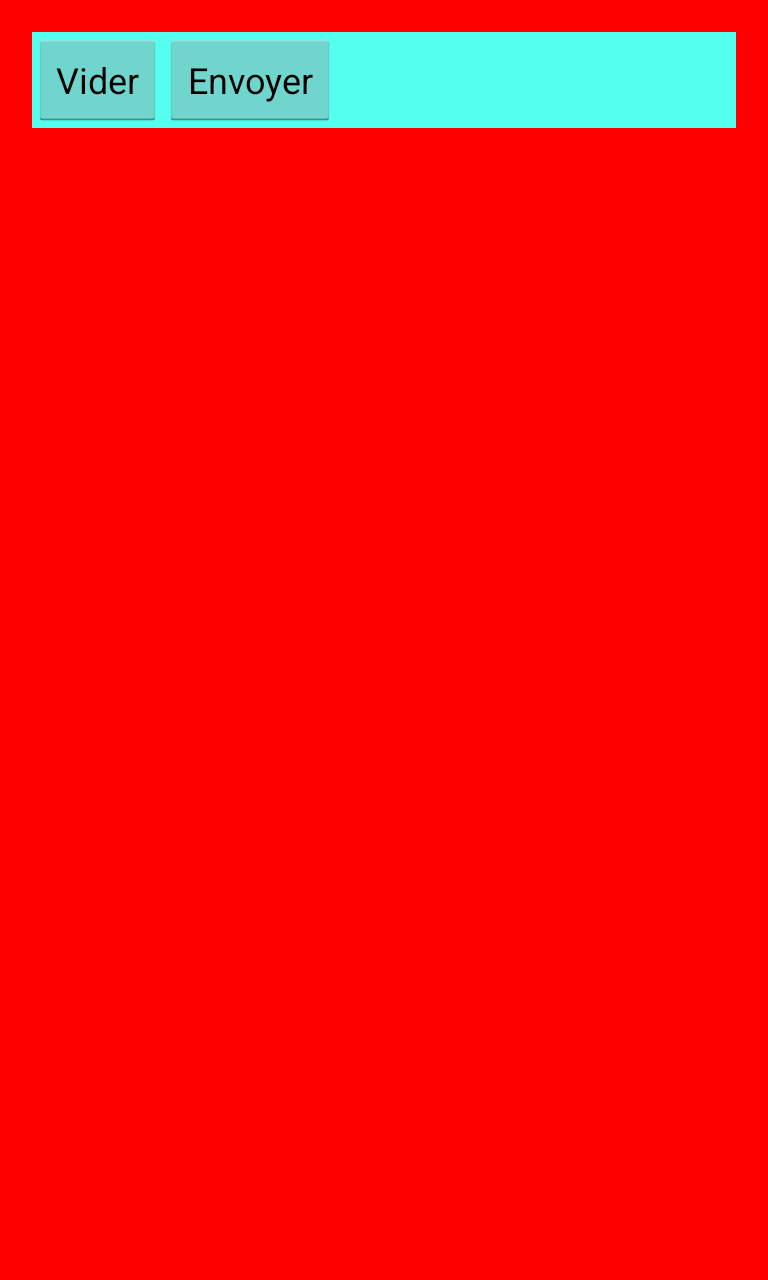
Repository: ablanchard/formation-android
Layout: ParlezVousAndroid/res/layout/fragment_main.xml
The author's editor kept a copy of each file at every save. The layout is drawn from the files as they stood at one save, then again after the next save.
It is drawn on a 768 x 1280 px phone screen (xhdpi) without system bars, with theme AppTheme; the app's code is not run.

Above is the layout before, as saved 2014-04-29 08:48:03.

After the next save:
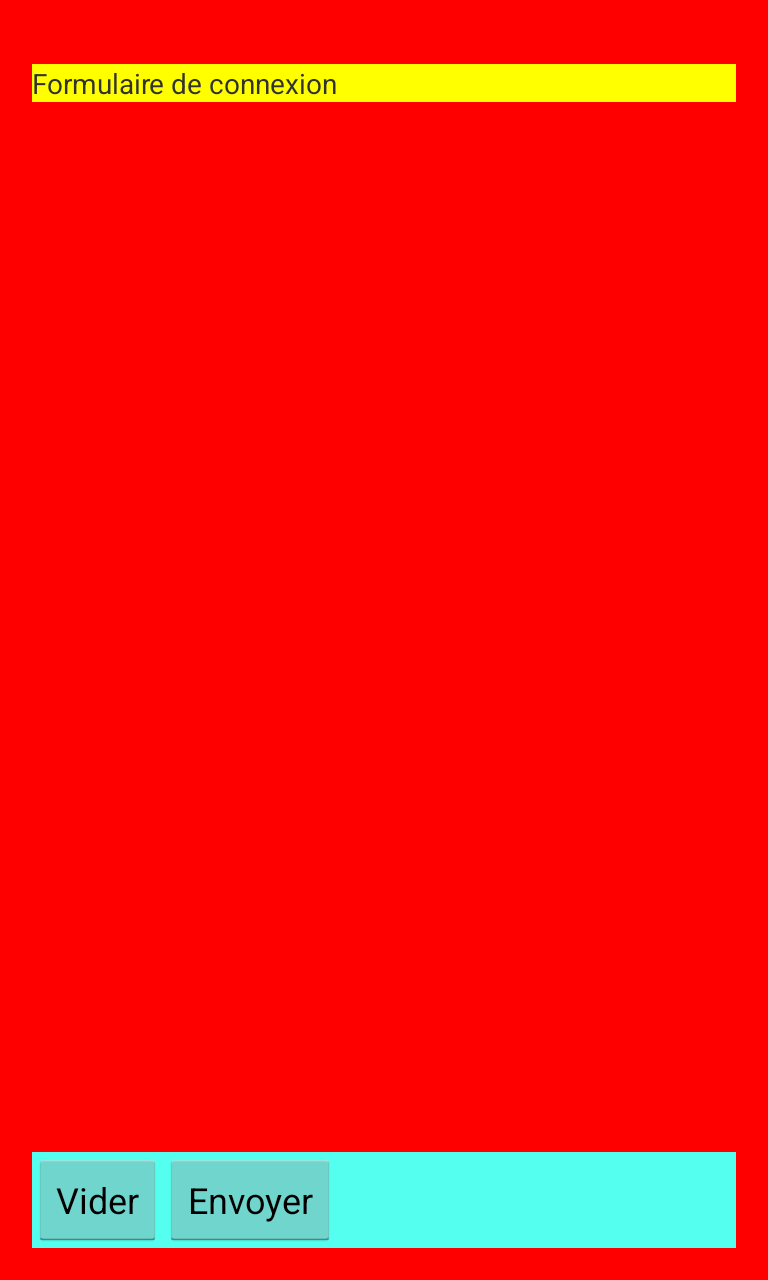
Saved 6 min 30 s later.
--- a/ParlezVousAndroid/res/layout/fragment_main.xml
+++ b/ParlezVousAndroid/res/layout/fragment_main.xml
@@ -9,12 +9,16 @@
     android:paddingTop="@dimen/activity_vertical_margin"
     tools:context="com.example.parlezvousandroid.MainActivity$PlaceholderFragment" >
 
-    <LinearLayout
+     <LinearLayout
         android:id="@+id/header"
         android:layout_width="match_parent"
         android:layout_height="wrap_content"
+        android:layout_alignParentTop="true"
+        android:layout_centerHorizontal="true"
+        android:layout_marginTop="16dp"
         android:background="#FFFFFF00"
-        android:orientation="vertical" >
+        android:orientation="vertical"
+        android:layout_alignParentTop="true" >
 
         <TextView
             android:layout_width="wrap_content"
@@ -23,6 +27,7 @@
     </LinearLayout>
 
     <ScrollView
+
         >
 
         <LinearLayout
@@ -56,8 +61,12 @@
         android:id="@+id/footer"
         android:layout_width="match_parent"
         android:layout_height="wrap_content"
+        android:layout_alignLeft="@+id/header"
+        android:layout_alignParentBottom="true"
         android:background="#FF55FFF0"
-        android:orientation="horizontal" >
+        android:orientation="horizontal"
+         android:layout_alignParentBottom="true">
+
         <Button
             android:layout_width="wrap_content"
             android:layout_height="wrap_content"
@@ -69,4 +78,6 @@
             android:text="@string/button_validate" />
     </LinearLayout>
 
+
+
 </RelativeLayout>
